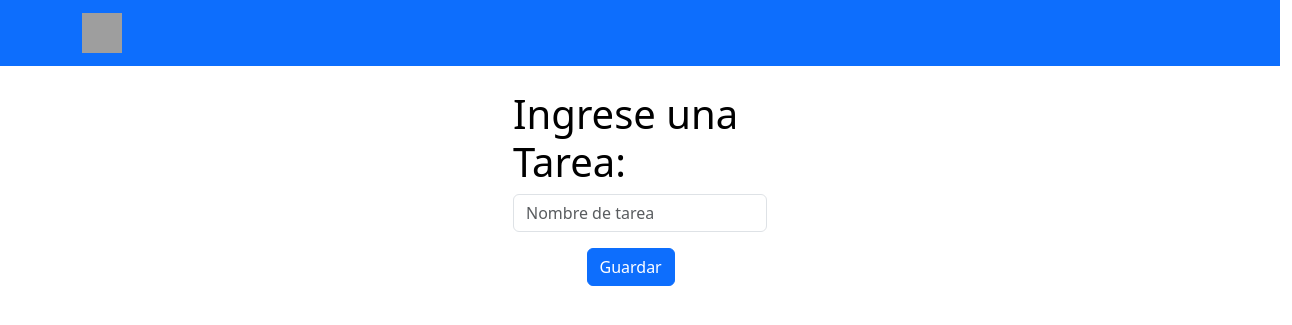
Repository: mgarrido0gb/registroTareas
Page: http://localhost/Tareas/Home
An editor plug-in stored every save of this project. The page is shown before and after the next save, followed by the edit.
The browser window is 1280 px wide. The page is 1292 px wide, so the pictures cover 1292 px, including what lies to the right of the window. The pictures show the whole page.
Pictures or frames that could not be fetched are drawn as grey boxes. The page is served by Tomcat 10. Other server files are loaded and not shown. Queries for data that is not in the repository find no rows.

Above is the page before, as saved 2024-05-20 17:48:04.

### Tareas/src/main/webapp/WEB-INF/home.jsp
<%@page import="models.Categoria"%>
<%@page import="models.Tarea"%>
<%@ page language="java" contentType="text/html; charset=ISO-8859-1"
    pageEncoding="ISO-8859-1" import="java.util.ArrayList" import="models.Tarea" import="models.Categoria"%>
<!doctype html>
<html lang="en">
  <head>
    <meta charset="utf-8">
    <meta name="viewport" content="width=device-width, initial-scale=1">
    <title>Registro Tareas</title>
    <link href="https://cdn.jsdelivr.net/npm/bootstrap@5.3.3/dist/css/bootstrap.min.css" rel="stylesheet" integrity="sha384-QWTKZyjpPEjISv5WaRU9OFeRpok6YctnYmDr5pNlyT2bRjXh0JMhjY6hW+ALEwIH" crossorigin="anonymous">
    <style type="text/css">
    	body{
    		background-color: white;
    		color: black;
    	}

    	li{
    		color: black;
    	}

    	.logotipo{
    		width: 30px;
    		height: 30px;
    	}






    </style>

  </head>
  <body>
  	<nav class="navbar bg-primary" id="nav">
  		<div class="container">
    		<a class="navbar-brand" href="#">
      			<img src="https://cdn-icons-png.flaticon.com/512/181/181627.png"  width="40" height="40">
    		</a>
  		</div>
	</nav>

    <div class="row">
    	<div class="col-3 offset-3 d-block m-auto m-0">
    		<form action="/Tareas/Home" method="post">
    			<div class="p-4">
    				<h1>Ingrese una Tarea: </h1>

    				<div class="text-center">
    					<input class="form-control" placeholder="Nombre de tarea" name="texto" type="text" required>
    				</div>
    			<div>
    			<div class="row">
    				<div class="col-3 offset-3 p-3">
    					<input type="submit" value="Guardar" class="btn btn-primary">
    				</div>

    			</div>
    		</div>

    	</form>

    </div>


    </div>
   <div class="row">
   		<div class="col-3 offset-2 d-block m-auto m-0 p-3">
   			 <%
    			ArrayList<Tarea> tareas = (ArrayList<Tarea>)request.getAttribute("tareas");
    		%>

    			<% for (Tarea t: tareas) { %>
    				<ul class="list-group">
    					<li <% if (t.completada == true){ %>class="text-decoration-line-through text-danger"<% } %> class="list-group-item">
    		 				<%=t.texto %> (creada en: <%=t.fecha %>)
    		 				<a href="/Tareas/CheckearTarea?id=<%=t.id%>"><img src="https://img.icons8.com/?size=48&id=sz8cPVwzLrMP&format=png" class="logotipo"></img></a>
    		 				<a href="/Tareas/GestionTarea?id=<%=t.id%>"><img src="https://img.icons8.com/?size=48&id=pre7LivdxKxJ&format=png" class="logotipo"></img></a>
    					</li>
    				<br>
    			<%}%>
    		</ul>

   		</div>
   </div>
    <script src="https://cdn.jsdelivr.net/npm/bootstrap@5.3.3/dist/js/bootstrap.bundle.min.js" integrity="sha384-YvpcrYf0tY3lHB60NNkmXc5s9fDVZLESaAA55NDzOxhy9GkcIdslK1eN7N6jIeHz" crossorigin="anonymous"></script>
  </body>
</html>

### Tareas/src/main/java/servlets/Home.java
package servlets;

import jakarta.servlet.RequestDispatcher;
import jakarta.servlet.ServletException;
import jakarta.servlet.annotation.WebServlet;
import jakarta.servlet.http.HttpServlet;
import jakarta.servlet.http.HttpServletRequest;
import jakarta.servlet.http.HttpServletResponse;
import models.Categoria;
import models.Tarea;

import java.io.IOException;
import java.sql.SQLException;
import java.util.ArrayList;

import daos.CategoriaDao;
import daos.TareaDao;


/**
 * Servlet implementation class Home
 */
public class Home extends HttpServlet {
	private static final long serialVersionUID = 1L;

    /**
     * Default constructor.
     */
    public Home() {
        // TODO Auto-generated constructor stub
    }

	/**
	 * @throws IOException
	 * @throws ServletException
	 * @see HttpServlet#doGet(HttpServletRequest request, HttpServletResponse response)
	 */
	protected void doGet(HttpServletRequest request, HttpServletResponse response) throws ServletException, IOException  {
		// TODO Auto-generated method stub
		try {
			ArrayList<Tarea> tareas = TareaDao.getAll();
			System.out.println(tareas);
			request.setAttribute("tareas", tareas);

			ArrayList<Categoria> cats = CategoriaDao.getAll();
			request.setAttribute("cats", cats);
		} catch(SQLException e) {
			System.out.println(e);
		}


		// 2. Cargamos el JSP
		RequestDispatcher vista = request.getRequestDispatcher("WEB-INF/home.jsp");
		vista.forward(request, response);
	}

	/**
	 * @see HttpServlet#doPost(HttpServletRequest request, HttpServletResponse response)
	 */
	protected void doPost(HttpServletRequest request, HttpServletResponse response) throws ServletException, IOException {
		// TODO Auto-generated method stub
		String textoNuevaTarea = request.getParameter("texto");
		try {
			TareaDao.addNew(textoNuevaTarea);

		} catch (SQLException e) {
			// TODO Auto-generated catch block
			e.printStackTrace();
		}


		response.sendRedirect("/Tareas/Home");
	}

}

### Tareas/src/main/java/daos/TareaDao.java
package daos;

import java.sql.Connection;
import java.sql.PreparedStatement;
import java.sql.ResultSet;
import java.sql.SQLException;
import java.sql.Statement;
import java.util.ArrayList;

import models.Categoria;
import models.MyConn;
import models.Tarea;

public class TareaDao {

	static public void addNew(String textoNuevaTarea) throws SQLException {
		//1.-  nueva conexion
		Connection conn = MyConn.getConnection();
		//2.- consulta
		PreparedStatement consulta =conn.prepareStatement("INSERT INTO TAREAS (texto) values(?)");
		consulta.setString(1, textoNuevaTarea);
		consulta.execute();
	}

	static public void deleteById (int idTarea) throws SQLException {
		// 1. Pedimos una conexion nueva
		Connection conn = MyConn.getConnection();
		// 2. Creamos la consulta
		PreparedStatement stmt = conn.prepareStatement(
			"delete from tareas where id=?"
		);
		stmt.setInt(1, idTarea);
		// 3. Ejecutar la stmt
		stmt.executeUpdate();
	  }

	static public void checkById (int idTarea) throws SQLException {
		// 1. Pedimos una conexion nueva
		Connection conn = MyConn.getConnection();
		// 2. Creamos la consulta
		PreparedStatement stmt = conn.prepareStatement(
			"update tareas set completada = true where id = ?"
		);
		stmt.setInt(1, idTarea);
		// 3. Ejecutar la stmt
		stmt.executeUpdate();
	  }





	static public ArrayList<String> get_textos () throws SQLException {
		// 1. Creamos un ArrayList vacío
		ArrayList<String> textos = new ArrayList<String>();
		// 2. Pedimos una conección nueva
		Connection conn = MyConn.getConnection();
		// 3. Creamos y ejecutamos la consulta
		Statement consulta = conn.createStatement();
		ResultSet respuesta = consulta.executeQuery("select * from tareas");

		// 4. Vamos llenando el ArrayList con lo que tenga la respuesta
		while (respuesta.next()) {
		  textos.add( respuesta.getString("texto") );
		}
		// 5. Retornamos el ArrayList, ahora lleno
		return textos;
	  }



	static public ArrayList<Tarea> getAll () throws SQLException {
		// 1. Creamos un ArrayList vacío
		ArrayList<Tarea> tareas = new ArrayList<Tarea>();
		// 2. Pedimos una conección nueva
		Connection conn = MyConn.getConnection();
		// 3. Creamos y ejecutamos la consulta
		Statement consulta = conn.createStatement();
		ResultSet respuesta = consulta.executeQuery("select * from tareas");

		// 4. Vamos llenando el ArrayList con lo que tenga la respuesta
		while (respuesta.next()) {
			Tarea t = new Tarea(
					respuesta.getInt("id"),
					respuesta.getString("texto"),
					respuesta.getBoolean("completada"),
					respuesta.getDate("fecha")

			);
		  tareas.add(t);
		}
		return tareas;
	  }
}

### Tareas/src/main/java/models/MyConn.java
package models;

import java.sql.Connection;
import java.sql.DriverManager;
import java.sql.SQLException;

public class MyConn {
	static final String URL = "jdbc:postgresql://localhost/ejemplo_dao";
	static final String USER = "postgres";
	static final String PASSWORD = "12345";
	static final String DRIVER = "org.postgresql.Driver";

	static public Connection conn = null;

    static public Connection getConnection () {
      if (conn != null) {
        return conn;
      }
      try {
    	Class.forName(DRIVER);
    	conn = (Connection) DriverManager.getConnection(URL, USER, PASSWORD);
      }
      catch (ClassNotFoundException | SQLException e) {
    	e.printStackTrace();
      }
      return conn;
    }
}

### Tareas/src/main/java/daos/CategoriaDao.java
package daos;

import java.sql.Connection;
import java.sql.ResultSet;
import java.sql.SQLException;
import java.sql.Statement;
import java.util.ArrayList;

import models.Categoria;
import models.MyConn;


public class CategoriaDao {
	static public ArrayList<Categoria> getAll () throws SQLException {
		// 1. Creamos un ArrayList vacío
		ArrayList<Categoria> categorias = new ArrayList<Categoria>();
		// 2. Pedimos una conección nueva
		Connection conn = MyConn.getConnection();
		// 3. Creamos y ejecutamos la consulta
		Statement consulta = conn.createStatement();
		ResultSet respuesta = consulta.executeQuery("select * from categoria order by id");

		// 4. Vamos llenando el ArrayList con lo que tenga la respuesta
		while (respuesta.next()) {
			Categoria c = new Categoria(
					respuesta.getInt("id"),
					respuesta.getString("nombre")

			);
		  categorias.add(c);
		}
		return categorias;
	  }
}

After the next save:
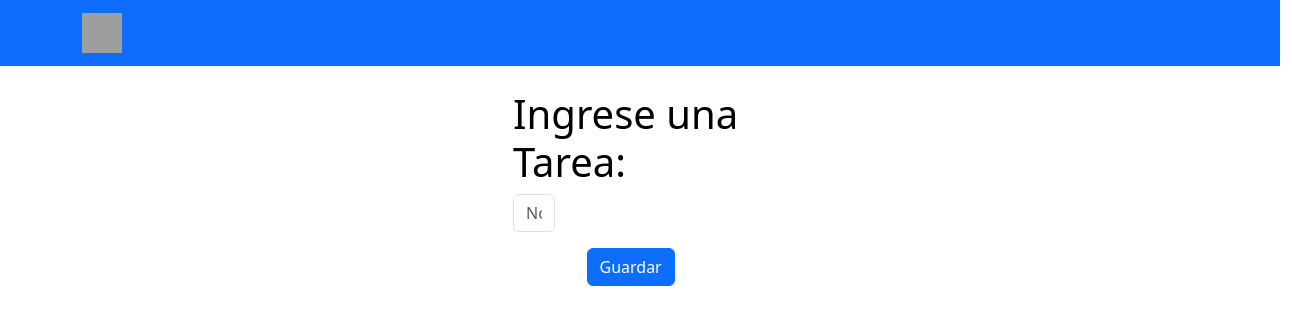
Saved 22 h 55 min later.
--- a/Tareas/src/main/webapp/WEB-INF/home.jsp
+++ b/Tareas/src/main/webapp/WEB-INF/home.jsp
@@ -47,7 +47,7 @@
     			<div class="p-4">
     				<h1>Ingrese una Tarea: </h1>
 
-    				<div class="text-center">
+    				<div class="text-center col-lg-2">
     					<input class="form-control" placeholder="Nombre de tarea" name="texto" type="text" required>
     				</div>
     			<div>
